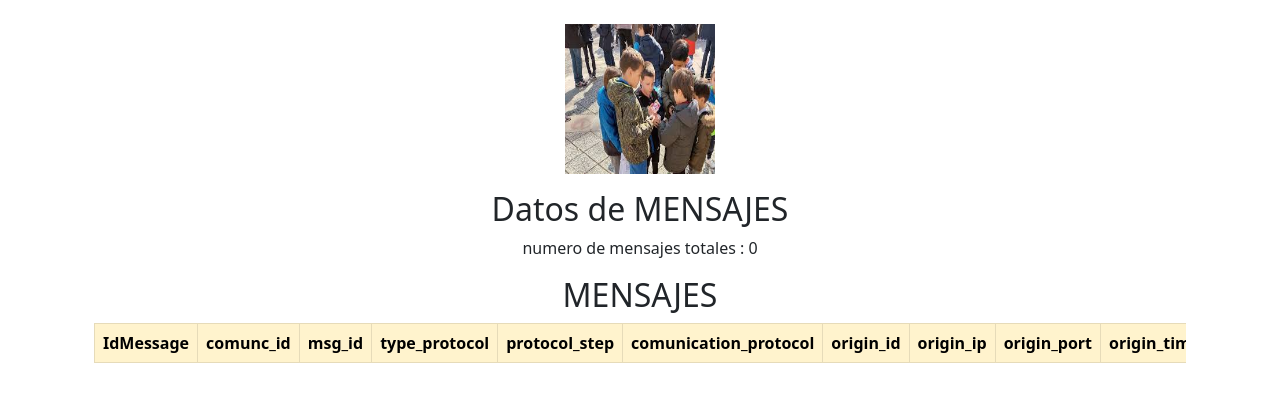
Repository: MAFernandezGraciani/SMA_ACC_2024_2025
Page: http://localhost/acc_Data.php
These files come from the project's save history. The page is drawn as it stood at one moment and after the next save; the edit follows.
The browser window is 1280 px wide. The pictures show the whole page.
The page is run by PHP 8.4 with error messages shown; the project is at /var/www/html/. Queries for data that is not in the repository find no rows.

Above is the page before, as saved 2024-11-30 10:18:56.

### 2024_2025_web/acc_data/acc_Data.php
<?php
/**
*
* description : Recurso para mostrar los datos del sistema ACC en la asignatura de SMA 2024-2025
* @author : MiguelAngel Fernandez Graciani
* @date  : 2024-10-01
*
* @resourcename :
* @resourcetype PAGINA PHP
* @version : 001
* @historical
*
* Comentarios:
*		- Para mostrar los datos del SMA ACC
*
*/

require_once('conexion.php');

// Esto esta en conexion.php
//$Bdd_host="127.0.0.1"; // Ver "BBDD_ACC_SMA_v001.sql"
//$Bdd='acc_bbdd'; // Ver "BBDD_ACC_SMA_v001.sql"
//$Bdd_user='usrAcc'; // Ver "BBDD_ACC_SMA_v001.sql"
//$Bdd_Pass='hd83mmi8812a'; // Ver "BBDD_ACC_SMA_v001.sql"

// Conectamos con la BBDD
$conexion_BBDD = conect_Bdd($Bdd_host,$Bdd_user,$Bdd_Pass,$Bdd);

// Tomamos los datos del POST
// $sesion = $_GET["IdSesion"];	// es directamente dato
// Para pruebas
$sesion = 0;
?>
<html>
<head>
	<title>SMA ACC</title>
	<meta http-equiv="Content-Type" content="text/html; charset=UTF-8">
	<meta charset="utf-8">
	<meta name="viewport" content="width=device-width, initial-scale=1">
	<link href="https://cdn.jsdelivr.net/npm/bootstrap@5.2.3/dist/css/bootstrap.min.css" rel="stylesheet">
	<script src="https://cdn.jsdelivr.net/npm/bootstrap@5.2.3/dist/js/bootstrap.bundle.min.js"></script>
</head>

<body bgcolor="#ffffff" text="#000000" leftmargin="0" topmargin="0" marginwidth="0" marginheight="0">
<br/>
<center>
<img width=150 height=150 src="imagenes/cambiacromos_01.jpeg">
<?php
// Buscamos el id de la competicion
//$IdCompetition= get_value("competitions","IdCompetition","competition_name",$Competition,$conexion_BBDD);

// Buscamos los games de esta competicion
$str_mensajes="SELECT IdMessage,
					  comunc_id,
					  msg_id,
					  type_protocol,
					  protocol_step,
					  comunication_protocol,
					  origin_id,
					  origin_ip,
					  origin_port,
					  origin_time,
					  destination_id,
					  destination_ip,
					  destination_port,
					  destination_time,
					  body_info
			 FROM Message ";
if($sesion != 0)
{
	$str_mensajes = $str_mensajes."WHERE IdSesion=".$sesion;
}


$rs_mensajes =mysqli_query($conexion_BBDD, $str_mensajes);
if (!$rs_mensajes) // Si la consulta falla
	{
	// ----- ERROR  -------
		echo " ERROR en la consulta de la BBDD con str_mensajes = ".$str_mensajes;
		echo " </center>
		</body>
		</html>";
		@mysqli_close($conexion_BBDD);

	}
else  // Si la consulta no falla buscamos entre los descendientes la instancia de ayuda a interfaz, asi como las re recursos de ayuda a interfaz
	{
	$num_mensajes = mysqli_num_rows($rs_mensajes);
?>
	<!-- Inicio Caja gobal -->
	<div class='container mt-3'>
		<h2>Datos de MENSAJES</h2>
		<p><?php echo "numero de mensajes totales : ".$num_mensajes; ?></p>

		<!-- Inicio caja de mensajes -->
		<div class='container mt-3'>
		  	<h2>MENSAJES</h2>
		     	  <!-- Inicio lista de mensajes -->
				<div class="table-responsive">
				<table class="table table-bordered">
					<thead>
						<tr class="table-warning">
							<th>IdMessage</th>
							<th>comunc_id</th>
							<th>msg_id</th>
							<th>type_protocol</th>
							<th>protocol_step</th>
							<th>comunication_protocol</th>
							<th>origin_id</th>
							<th>origin_ip</th>
							<th>origin_port</th>
							<th>origin_time</th>
							<th>destination_id</th>
							<th>destination_ip</th>
							<th>destination_port</th>
							<th>destination_time</th>
							<th>body_info</th>
						</tr>
					</thead>
					<tbody>
						<?php
						$num_mensajes = mysqli_num_rows($rs_mensajes);
						$ord_mensaje = 0;
						while ($este_mensaje = mysqli_fetch_assoc($rs_mensajes))
						{
							$ord_mensaje++;
							if(($ord_mensaje % 2) != 0){{echo "<tr class='table-primary'>";}}
							else {echo "<tr>";}
								echo "<td>".$este_mensaje["IdMessage"]."</td>";
								echo "<td>".$este_mensaje["comunc_id"]."</td>";
								echo "<td>".$este_mensaje["msg_id"]."</td>";
								echo "<td>".$este_mensaje["type_protocol"]."</td>";
								echo "<td>".$este_mensaje["protocol_step"]."</td>";
								echo "<td>".$este_mensaje["comunication_protocol"]."</td>";
								echo "<td>".$este_mensaje["origin_id"]."</td>";
								echo "<td>".$este_mensaje["origin_ip"]."</td>";
								echo "<td>".$este_mensaje["origin_port"]."</td>";
								echo "<td>".$este_mensaje["origin_time"]."</td>";
								echo "<td>".$este_mensaje["destination_id"]."</td>";
								echo "<td>".$este_mensaje["destination_ip"]."</td>";
								echo "<td>".$este_mensaje["destination_port"]."</td>";
								echo "<td>".$este_mensaje["destination_time"]."</td>";
								echo "<td>".$este_mensaje["body_info"]."</td>";
							echo "</tr>";
						} // Fin de - for ($ord_competidor = 0; $ord_competidor < $num_competidores; $ord_competidor++)
						?>
					</tbody>
				</table>
		   </div> <!-- FIN lista de mensajes -->
		<div class='container mt-3'> <!-- FIN caja de mensajes -->
	</div> 	<!-- FIN Caja gobal -->
</center>
</body>
<?php
	@mysqli_close($conexion_BBDD);
	} // Fin de - else - de - if (!$rs_mensajes) // Si la consulta falla
?>
</html>

### 2024_2025_web/acc_data/conexion.php
<?php
/**
*
* description : Recurso para acceder a los datos de una competicion de walkers en la BBDD
* @author : MiguelAngel Fernandez Graciani
* @date  : 2023-04-16
*
* @resourcename : index.php
* @resourcetype PAGINA PHP
* @version : 001
* @historical
*
* Comentarios:
*		- Para mostrar los datos de una competicion de walkers
*
*/

// Esto esta en conexion.php
$Bdd_host="127.0.0.1"; // Ver "BBDD_ACC_SMA_v001.sql"
$Bdd='acc_bbdd'; // Ver "BBDD_ACC_SMA_v001.sql"
$Bdd_user='usrAcc'; // Ver "BBDD_ACC_SMA_v001.sql"
$Bdd_Pass='hd83mmi8812a'; // Ver "BBDD_ACC_SMA_v001.sql"

/*******************************************************
 Autor: Miguel Angel Fernandez Graciani
Fecha: 2023-04-16
Contenido: funcion que realiza la conexion
a la base de datos
Comentarios : se utiliza la que hace diego para DKSs
Entrada: Usuario, password, Base de datos, host
Salida: objeto de conexion a MySQL
*******************************************************/
function conect_Bdd($HOST,$USUARIO,$PASSWORD,$BASEDEDATOS)
{
	// $conBBDD=@mysql_connect($HOST,$USUARIO,$PASSWORD)or die("Error en la conexion");
	// @mysql_select_db($BASEDEDATOS,$conBBDD) or die("No se ha podido seleccionar la base de datos");

	$conBBDD=@mysqli_connect($HOST,$USUARIO,$PASSWORD)or die("Error en la conexion.");
	@mysqli_select_db($conBBDD, $BASEDEDATOS) or die("No se ha podido seleccionar la base de datos");
	return $conBBDD;
} // FIn de - function conect_Bdd($HOST,$USUARIO,$PASSWORD,$BASEDEDATOS)

/*********************************************************************************
 Autor: Diego J. Garcia
Fecha: 24-Marzo-2004
Contenido: funcion que muestra una pagina de enlace al inicio
Entrada: PathRelativo, variable que indica el path desde el que nos encontramos
*********************************************************************************/
function ErrorPassword($PathRelativo)
{
		?>
		<html>
		<head>
		<link rel="stylesheet" href="<?echo $PathRelativo?>estilos.css">
		</head>
		<body class="fondoGris">
			<table border="0" align="center" height="100%" cellpadding="0" cellspacing="0">
			  <tr>
			    <td align="center"> <H2> Ha introducido un usuario o password erroneos </H2>
				<table align="center" id="btn_siguiente" class="botonxp" border="0" cellspacing="0" cellpadding="0" onClick="top.location.assign('<?echo $PathRelativo?>index.php')">
			        <tr>
			          <td align="center">&nbsp;&nbsp;&nbsp;Atras&nbsp;&nbsp;&nbsp;</td>
			          <td width="1"> <img src="<?echo $PathRelativo?>imagenes/flecha_izq.gif"></td>
			        </tr>
			      </table><br><br><br><br><br><br><br>
				</td>
			  </tr>
			</table>
		</body></html>
	<?php
	die();
} // Fin de - function ErrorPassword($PathRelativo)

/*******************************************************
 Autor: Miguel Angel Fernandez Graciani
Fecha: 2023-04-16
Contenido: funcion que busca el id de un registro con el valor (string que se le envia) de un campo concreto
Entrada:
- $tabla : Tabla donde buscar
- $campo_de_id : Campo que buscamos en la tabla
- $campo_busqueda : Esel campo que nos sirve para buscar el registro (OJOO DEBE SER STRISNG, principalmente por las comas de SQL)
- $valor_busqueda : Es el valor del campo "$campo_busqueda" que utilizamos para seleccionar el registro del que buscamos su "$campo_de_id"
Salida:
- $id_resultado : Es el ide del registro que buscamos
Comentarios : s
- OJOOO "$campo_busqueda" DEBE SER STRISNG, principalmente por las comas de SQL

*******************************************************/
function get_value($tabla,$campo_de_id,$campo_busqueda,$valor_busqueda, $conexion_BBDD)
{
	$id_resultado = 0;

	$str="SELECT ".$campo_de_id." FROM ".$tabla." WHERE ".$campo_busqueda." = '".$valor_busqueda."';";
	$rs=mysqli_query($conexion_BBDD, $str);
	if (!$rs) // Si la consulta falla
	{
		echo " -- desde get_value. fallos en el acceso con mysql_error = ".mysqli_error($conexion_BBDD);
	}
	else
	{
		if (mysqli_num_rows($rs)==1)  // OK, solo hay un concepto con esa clave y localizacion
		{
			$result = mysqli_fetch_array($rs, MYSQLI_BOTH);
			$id_resultado = $result[$campo_de_id];
		}
		else
		{
			echo " -- desde get_value. fallos en mas de un row con mysql_num_rows = ".mysqli_num_rows($rs)." - Con valor_busqueda : ".$valor_busqueda." - Con str : ".$str;
		}
	}
	return $id_resultado;
} // FIn de - function conect_Bdd($HOST,$USUARIO,$PASSWORD,$BASEDEDATOS)

?>

After the next save:
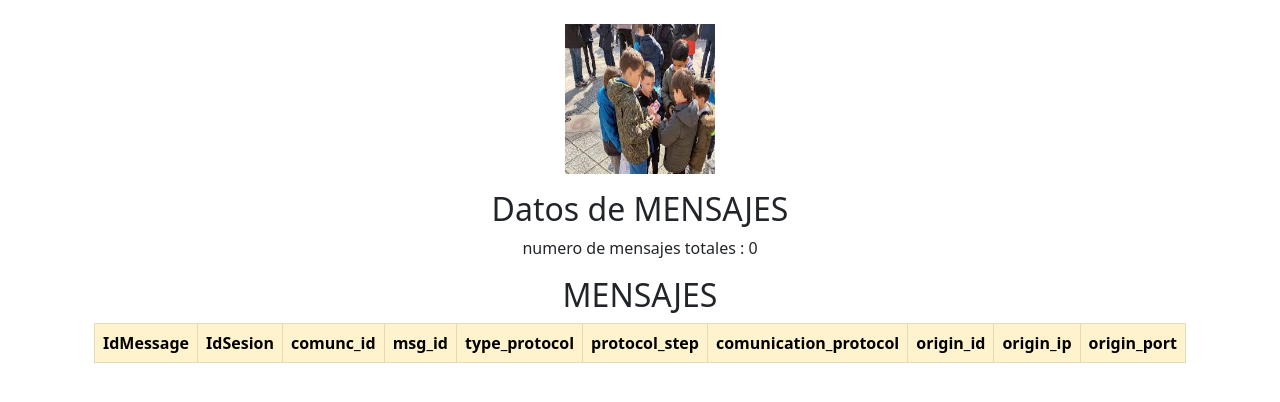
Saved 49 min 43 s later.
--- a/2024_2025_web/acc_data/acc_Data.php
+++ b/2024_2025_web/acc_data/acc_Data.php
@@ -27,9 +27,11 @@ require_once('conexion.php');
 $conexion_BBDD = conect_Bdd($Bdd_host,$Bdd_user,$Bdd_Pass,$Bdd);
 
 // Tomamos los datos del POST
+// esta variable se puede utilizar para diferenciar los datos de varias sesiones de ejecucion que puedan
+// ejecutarse sobre diferentes configuraciones del codigo de ACC, para comparar sus resultados
+
 // $sesion = $_GET["IdSesion"];	// es directamente dato
-// Para pruebas
-$sesion = 0;
+$sesion = 0;// Para pruebas
 ?>
 <html>
 <head>
@@ -51,6 +53,7 @@ $sesion = 0;
 
 // Buscamos los games de esta competicion
 $str_mensajes="SELECT IdMessage,
+					  IdSesion,
 					  comunc_id,
 					  msg_id,
 					  type_protocol,
@@ -101,6 +104,7 @@ else  // Si la consulta no falla buscamos entre los descendientes la instancia d
 					<thead>
 						<tr class="table-warning">
 							<th>IdMessage</th>
+							<th>IdSesion</th>
 							<th>comunc_id</th>
 							<th>msg_id</th>
 							<th>type_protocol</th>
@@ -127,6 +131,7 @@ else  // Si la consulta no falla buscamos entre los descendientes la instancia d
 							if(($ord_mensaje % 2) != 0){{echo "<tr class='table-primary'>";}}
 							else {echo "<tr>";}
 								echo "<td>".$este_mensaje["IdMessage"]."</td>";
+								echo "<td>".$este_mensaje["IdSesion"]."</td>";
 								echo "<td>".$este_mensaje["comunc_id"]."</td>";
 								echo "<td>".$este_mensaje["msg_id"]."</td>";
 								echo "<td>".$este_mensaje["type_protocol"]."</td>";
